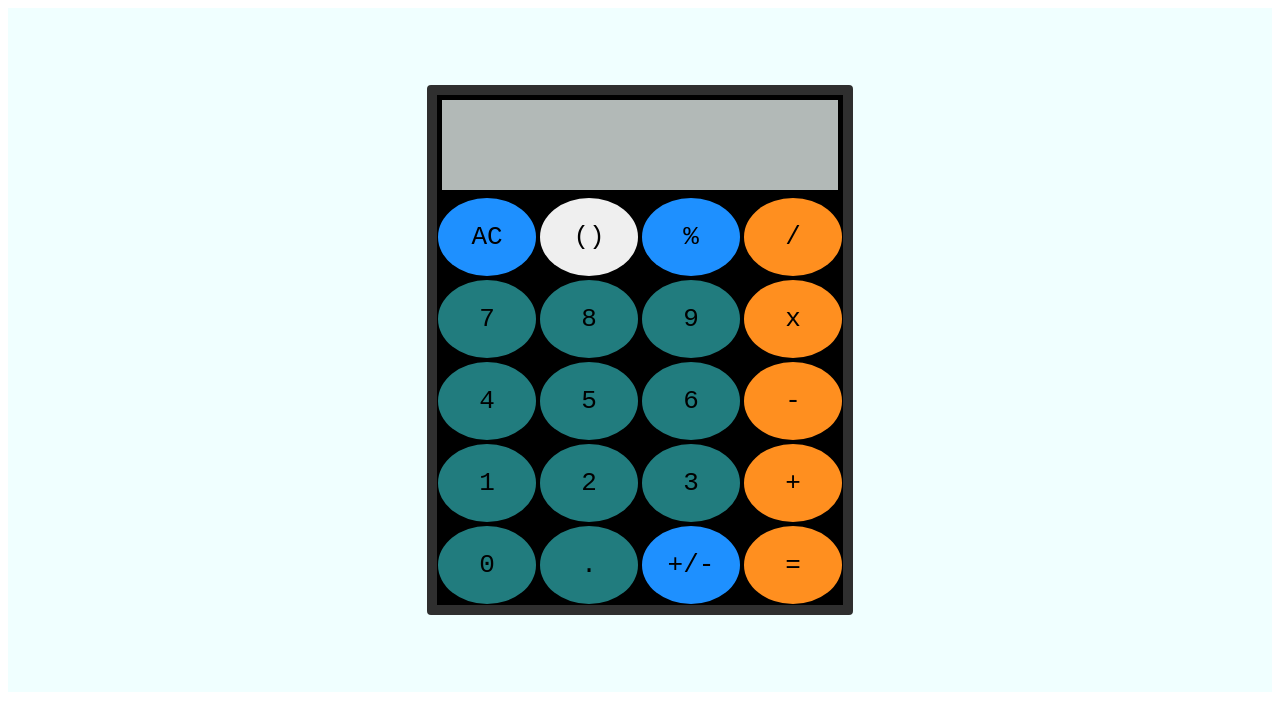
Repository: MhlengiNgubane/BrainnestJsTwo
Page: index.html
The author's editor kept a copy of each file at every save. The page is drawn from the files as they stood at one save, then again after a run of saves.
The browser window is 1280 px wide. The pictures show the whole page.

Above is the page before, as saved 2022-09-07 23:16:05.

After the next 3 saves:
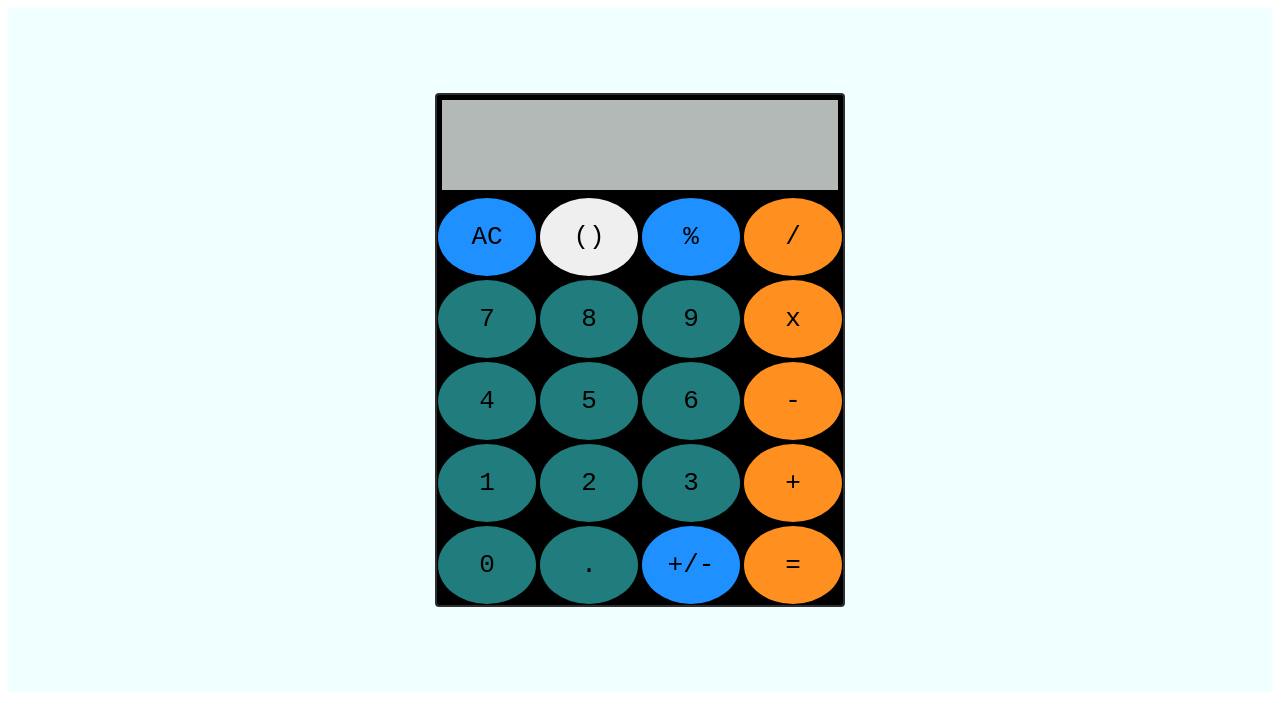
The 3 saves are shown as one change because they came seconds apart.
The last was saved 93 s later.
--- a/style.css
+++ b/style.css
@@ -16,7 +16,7 @@ body {
 
 #container {
     background-color: black;
-    border: 10px solid rgba(47,47,47,1);
+    border: 2px solid rgba(47,47,47,1);
     border-radius: 4px;
     display: grid;
     grid-template-columns: repeat(4, 100px);
